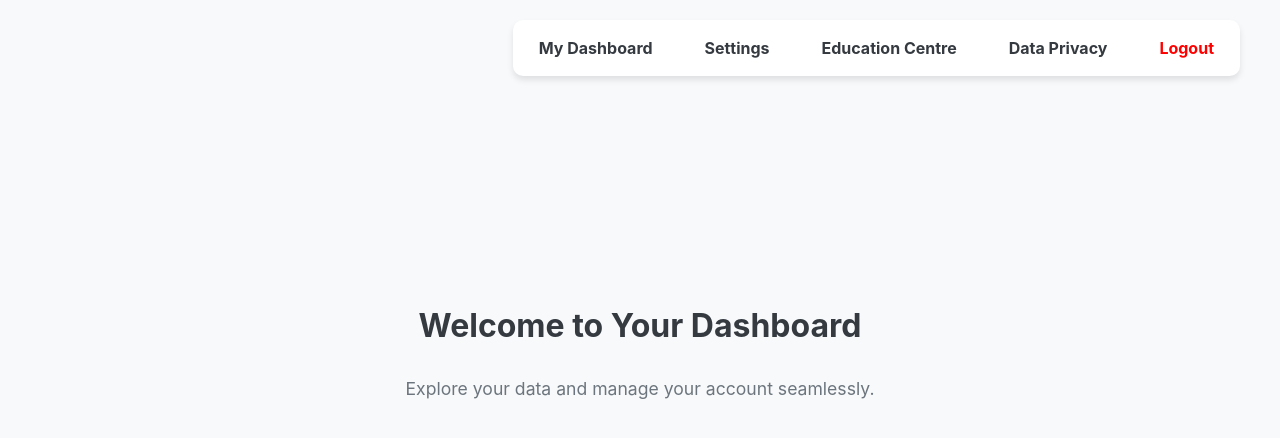
Repository: aab232/https---github.com-aab232-Deferred-Payment-Platform
Page: /main (app in frontend/)
These files come from the project's save history. The page is drawn as it stood at one moment and after the next save; the edit follows.
The browser window is 1280 px wide. The pictures show the whole page.
The page's requests for data from a server got no answer. The project was rebuilt for these pictures with package versions that can differ from the ones it lists, and the page was loaded fresh each time. No one was signed in, and anything a server would have sent is missing. Also part of the build but not shown: frontend/src/components/Home.js, frontend/src/components/Form.css, frontend/src/components/Register.js, frontend/src/components/Login.js, frontend/src/components/BackButton.css, frontend/src/components/BackButton.js, frontend/src/components/Settings.js.

Above is the page before, as saved 2025-03-26 01:16:31.

After the next save:
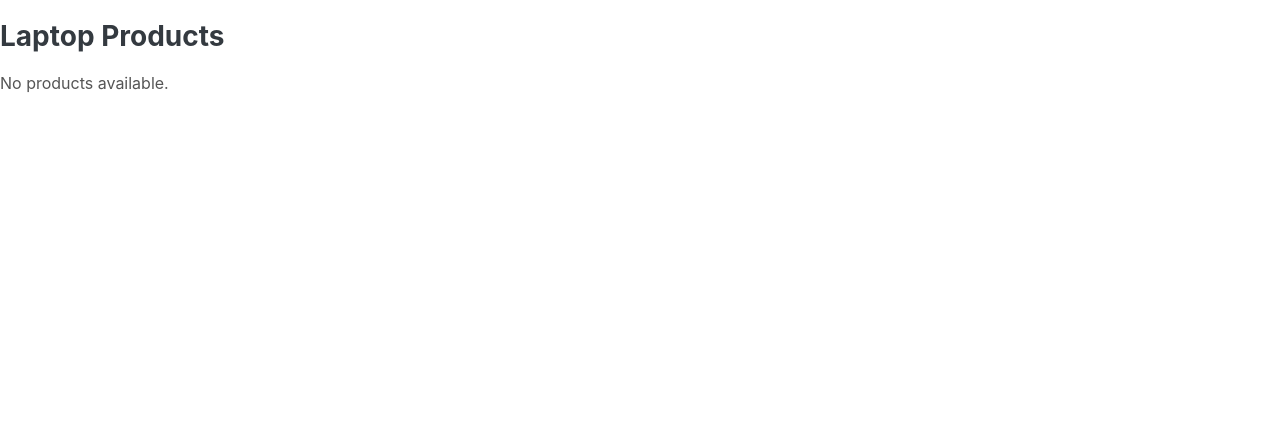
Saved 3 min 10 s later.
--- a/frontend/src/components/Main.js
+++ b/frontend/src/components/Main.js
@@ -1,54 +1,51 @@
-import React, { useState, useEffect } from 'react';
-import { useNavigate } from 'react-router-dom';
-import './Main.css';
+import React, { useEffect, useState } from 'react';
 import axios from 'axios';
 
 const Main = () => {
-  const [products, setProducts] = useState([]);
-  const navigate = useNavigate();
+    const [products, setProducts] = useState([]);
+    const [loading, setLoading] = useState(true);
 
-  const handleLogout = () => {
-    navigate('/login'); // Redirect to login page
-  };
+    // Fetch products when component mounts
+    useEffect(() => {
+        const fetchProducts = async () => {
+            try {
+                const response = await axios.get('http://localhost:5000/api/products');
+                setProducts(response.data.products); // Assuming the API returns products in a 'products' key
+            } catch (error) {
+                console.error('Error fetching products: ', error);
+            } finally {
+                setLoading(false);
+            }
+        };
 
-  useEffect(() => {
-    const fetchProducts = async () => {
-      try {
-        const response = await axios.get('http://localhost:5000/api/products');
-        setProducts(response.data);
-      } catch (error) {
-        console.error('Error fetching products:', error);
-      }
-    };
+        fetchProducts();
+    }, []);
 
-    fetchProducts();
-  }, []);
-
-  return (
-    <div className="main-container">
-      <nav className="taskbar">
-        <span className="tab" onClick={() => navigate('/dashboard')}>My Dashboard</span>
-        <span className="tab" onClick={() => navigate('/settings')}>Settings</span>
-        <span className="tab" onClick={() => navigate('/education')}>Education Centre</span>
-        <span className="tab" onClick={() => navigate('/privacy')}>Data Privacy</span>
-        <span className="tab logout" onClick={handleLogout}>Logout</span>
-      </nav>
-
-      <h1>Welcome to Your Dashboard</h1>
-      <p>Explore your data and manage your account seamlessly.</p>
-
-      <div className="products-container">
-        {products.slice(0, 9).map((product, index) => (
-          <div key={index} className="product-card">
-            <img src={product.img} alt={product.name} />
-            <h3>{product.name}</h3>
-            <p>{product.price}</p>
-            <button>Add to Cart</button>
-          </div>
-        ))}
-      </div>
-    </div>
-  );
+    return (
+        <div>
+            <h1>Laptop Products</h1>
+            {loading ? (
+                <p>Loading products...</p>
+            ) : (
+                <div>
+                    {products.length === 0 ? (
+                        <p>No products available.</p>
+                    ) : (
+                        <ul>
+                            {products.map((product, index) => (
+                                <li key={index}>
+                                    <a href={product.link} target="_blank" rel="noopener noreferrer">
+                                        <h3>{product.title}</h3>
+                                        <p>{product.price}</p>
+                                    </a>
+                                </li>
+                            ))}
+                        </ul>
+                    )}
+                </div>
+            )}
+        </div>
+    );
 };
 
 export default Main;

After the save that followed:
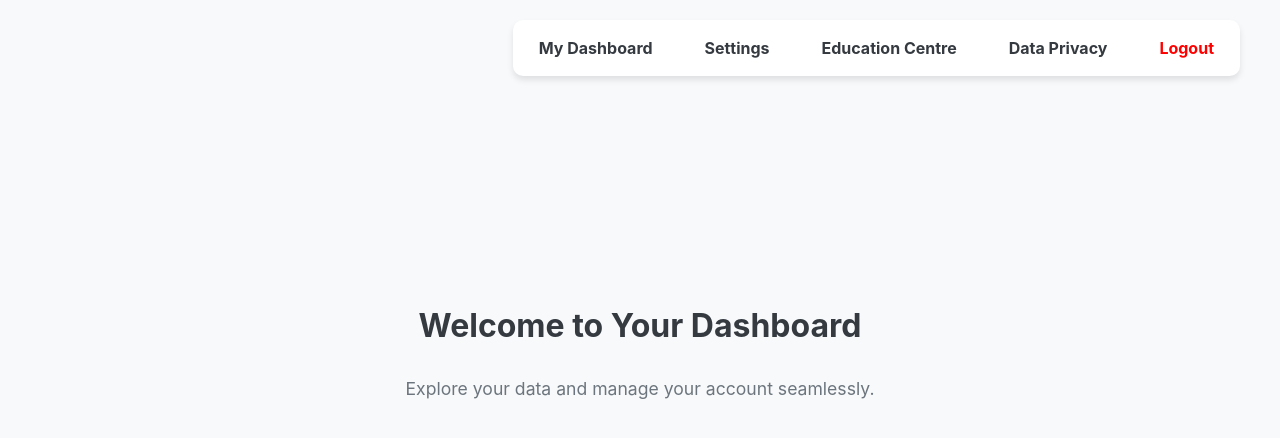
Saved 2 min 45 s later.
--- a/frontend/src/components/Main.js
+++ b/frontend/src/components/Main.js
@@ -1,51 +1,54 @@
-import React, { useEffect, useState } from 'react';
+import React, { useState, useEffect } from 'react';
+import { useNavigate } from 'react-router-dom';
+import './Main.css';
 import axios from 'axios';
 
 const Main = () => {
-    const [products, setProducts] = useState([]);
-    const [loading, setLoading] = useState(true);
+  const [products, setProducts] = useState([]);
+  const navigate = useNavigate();
 
-    // Fetch products when component mounts
-    useEffect(() => {
-        const fetchProducts = async () => {
-            try {
-                const response = await axios.get('http://localhost:5000/api/products');
-                setProducts(response.data.products); // Assuming the API returns products in a 'products' key
-            } catch (error) {
-                console.error('Error fetching products: ', error);
-            } finally {
-                setLoading(false);
-            }
-        };
+  const handleLogout = () => {
+    navigate('/login'); // Redirect to login page
+  };
 
-        fetchProducts();
-    }, []);
+  useEffect(() => {
+    const fetchProducts = async () => {
+      try {
+        const response = await axios.get('http://localhost:5000/api/products');
+        setProducts(response.data);
+      } catch (error) {
+        console.error('Error fetching products:', error);
+      }
+    };
 
-    return (
-        <div>
-            <h1>Laptop Products</h1>
-            {loading ? (
-                <p>Loading products...</p>
-            ) : (
-                <div>
-                    {products.length === 0 ? (
-                        <p>No products available.</p>
-                    ) : (
-                        <ul>
-                            {products.map((product, index) => (
-                                <li key={index}>
-                                    <a href={product.link} target="_blank" rel="noopener noreferrer">
-                                        <h3>{product.title}</h3>
-                                        <p>{product.price}</p>
-                                    </a>
-                                </li>
-                            ))}
-                        </ul>
-                    )}
-                </div>
-            )}
-        </div>
-    );
+    fetchProducts();
+  }, []);
+
+  return (
+    <div className="main-container">
+      <nav className="taskbar">
+        <span className="tab" onClick={() => navigate('/dashboard')}>My Dashboard</span>
+        <span className="tab" onClick={() => navigate('/settings')}>Settings</span>
+        <span className="tab" onClick={() => navigate('/education')}>Education Centre</span>
+        <span className="tab" onClick={() => navigate('/privacy')}>Data Privacy</span>
+        <span className="tab logout" onClick={handleLogout}>Logout</span>
+      </nav>
+
+      <h1>Welcome to Your Dashboard</h1>
+      <p>Explore your data and manage your account seamlessly.</p>
+
+      <div className="products-container">
+        {products.slice(0, 9).map((product, index) => (
+          <div key={index} className="product-card">
+            <img src={product.img} alt={product.name} />
+            <h3>{product.name}</h3>
+            <p>{product.price}</p>
+            <button>Add to Cart</button>
+          </div>
+        ))}
+      </div>
+    </div>
+  );
 };
 
 export default Main;
